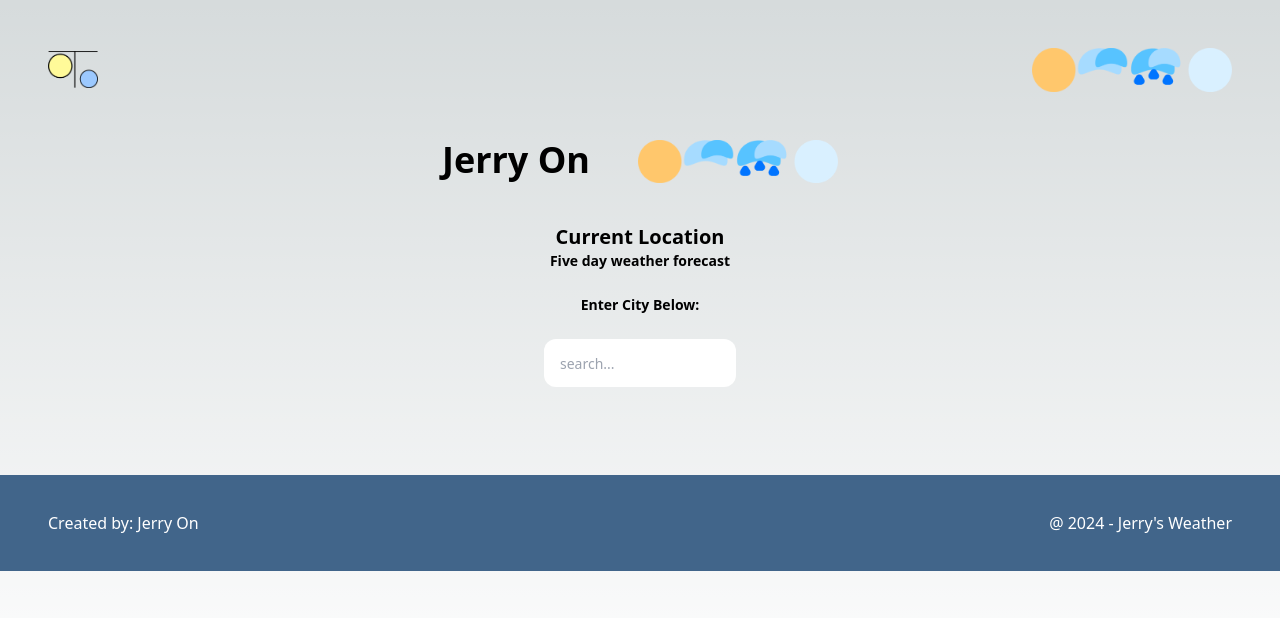
Repository: JerryWuOn/weatherAppMid
Page: /
These files come from the project's save history. The page is drawn as it stood at one moment and after the next save; the edit follows.
The browser window is 1280 px wide. The pictures show the whole page.
The project was rebuilt for these pictures with package versions that can differ from the ones it lists, and the page was loaded fresh each time. The framework's server and built-in components were replaced by stand-ins that run in the browser. Also part of the build but not shown: next.config.mjs.

Above is the page before, as saved 2024-02-12 20:04:46.

### src/pages/index.tsx

import Image from "next/image";
import Header from "@/components/Header";
import Footer from "@/components/Footer";
import { useState} from "react";
import Clouds from '../../public/images/clouds.png'

export default function Home() {
  const [data,setData] = useState<IWeather | null>(null);
  const [forcast,setForcast] = useState<IForecast| null>(null);

  const [city, setCity] = useState('');

    const handleLocation = (jerry) => {
        setCity(jerry.target.value);
    }

    const formatDate = (timestamp) => {
      return new Date(timestamp * 1000).toLocaleDateString('en-Ca', {
        year: 'numeric',
        month: 'long',
        day: 'numeric',
      });
    };

    const handleSubmit = (jerry) => {
        jerry.preventDefault();
        const apiKey = "fa86376a0b2615057a19374755185488"
        const API_URL = `https://api.openweathermap.org/data/2.5/weather?q=${city}&units=metric&appid=${apiKey}`
        const API_fiveDay = `https://api.openweathermap.org/data/2.5/forecast?q=${city}&units=metric&appid=${apiKey}`


      fetch(API_URL)
      .then(response => response.json())
      .then(response => {
        console.log(response);
        setData(response);
      })
      .catch(err => {
        console.log(err);
      })

      fetch(API_fiveDay)
      .then(response => response.json())
      .then(response => {
        console.log(response);
        setForcast(response);
      })
      .catch(err => {
        console.log(err);
      })
    }



  return (
    <main className="flex flex-col min-h-screen w-full">
      <div className="flex flex-col w-5xl justify-between w-full items-center  text-sm ">
        <div className="flex flex-row w-full items-center justify-between gap-x-4 p-12">
          <Header></Header>
        </div>
        <div className="flex flex-col justify-center text-center w-full items-center">
          <div className="flex flex-row mb-10">
            <div className="font-bold text-4xl">Jerry On</div>
            <div className="pl-12">
              <Image src={Clouds} alt="clouds" width={200}/>
            </div>
          </div>
          <div className="font-bold text-xl">Current Location</div>
          <div className="font-bold mb-6 text-md">Five day weather forecast</div>
          <div className="font-bold mb-6 text-md">Enter City Below:</div>
          <form onSubmit={handleSubmit}>
            <input className="rounded-xl h-12 w-48 p-4 mb-6" type="text" placeholder="search..." value={city} onChange={handleLocation}/>
          </form>

          {data && data.main && data.weather && data.wind && data.dt &&(
            <div className="flex flex-col w-full px-12 ">
              {data.weather.map((d, index)=> (
                <div key={index}>
                  <div className="flex w-full flex-start items-start">
                    <div className="flex flex-col">
                      <h1 className="text-6xl">{city}</h1>
                    </div>
                  </div>
                  <h1 className="flex flex-start text-2xl">Current Weather: {d.main}</h1>
                  <h1 className="flex flex-start text-2xl">Temperature: {data.main.temp.toFixed(1)}</h1>
                  <h1 className="flex flex-start text-2xl">Wind: {data.wind.speed.toFixed(1)}</h1>
                  <h1 className="flex flex-start text-2xl">Date: {formatDate(data.dt)}</h1>
                </div>
              ))}
            </div>
          )}

          {forcast && forcast.list && (
            <div className="flex flex-row w-full px-12 mt-12 gap-x-6">
              <h1 className="flex flex-start text-2xl pr-24">5 Day Forecast</h1>
              {forcast.list.slice(0,5).map((d, index)=> (
                <div key={index}>
                  <h1 className="flex text-md">Temperature in Celsius: {d.main.temp.toFixed(1)}</h1>
                  {d.weather.map((d, index)=> (
                <div key={index}>
                  <h1 className="flex text-md">Weather: {d.main}</h1>

                </div>

              ))}
              {d.weather.map((d, index)=> (
                <div key={index}>
                  <h1 className="flex text-md">Description: {d.description}</h1>
                </div>
              ))}
                <h1 className="flex text-md">Wind Speed: {d.wind.speed}</h1>
                <h1 className="flex text-md mt-12">Date: {formatDate(d.dt)}</h1>
                </div>
              ))}

            </div>
          )}

        </div>
        </div>

        <div className="flex bg-footer w-full bg-fixed text-white mt-16 px-12">
          <div className="flex h-24 w-full items-center justify-between">
            <Footer/>
          </div>
        </div>

    </main>
  );
}

### src/components/Header/index.tsx
import { useState } from "react"
import Image from "next/image"
import Clouds from "../../../public/images/clouds.png"


import Logo from "../../../public/images/jerryWeather.png"


export default function Header(){
    return (
        <div className="flex w-full">
            <div className="flex flex-row w-full items-center justify-between gap-x-4 ">
                <div className="flex justify-between">
                    <Image src={Logo} alt="logo" width={50} height={50}/>
                </div>
                <div className="flex justify-between">
                    <Image src={Clouds} alt="clouds" width={200}/>
                </div>
            </div>
        </div>
    )
}

### src/components/Footer/index.tsx
export default function Footer(){
    return (
        <div className="flex w-full items-center ">
            <div className="flex w-full items-center justify-between">
                <div className="flex px-18">
                    Created by: Jerry On
                </div>
                <div className="flex px-18">
                    @ 2024 - Jerry's Weather
                </div>
            </div>
        </div>
    )
}

### tailwind.config.ts
import type { Config } from "tailwindcss";

const config: Config = {
  content: [
    "./src/pages/**/*.{js,ts,jsx,tsx,mdx}",
    "./src/components/**/*.{js,ts,jsx,tsx,mdx}",
    "./src/app/**/*.{js,ts,jsx,tsx,mdx}",
  ],
  theme: {
    colors: {
      'footer' : '#41658A',
      'white' : '#FFFFFF'
    },
    extend: {
      backgroundImage: {
        "gradient-radial": "radial-gradient(var(--tw-gradient-stops))",
        "gradient-conic":
          "conic-gradient(from 180deg at 50% 50%, var(--tw-gradient-stops))",
      },
    },
  },
  plugins: [],
};
export default config;

Loaded but not shown: src/pages/_app.tsx (common file); src/pages/_document.tsx (common file); src/styles/globals.css (common file)

After the next save:
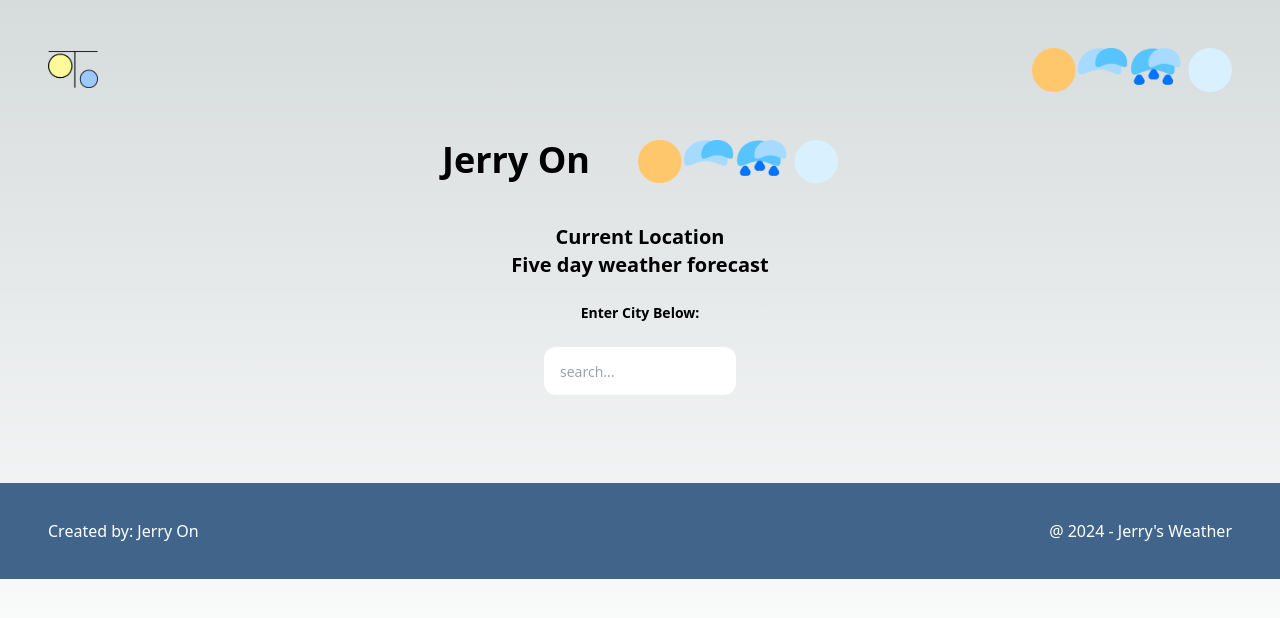
Saved 5 s later.
--- a/src/pages/index.tsx
+++ b/src/pages/index.tsx
@@ -67,7 +67,7 @@ export default function Home() {
             </div>
           </div>
           <div className="font-bold text-xl">Current Location</div>
-          <div className="font-bold mb-6 text-md">Five day weather forecast</div>
+          <div className="font-bold mb-6 text-xl">Five day weather forecast</div>
           <div className="font-bold mb-6 text-md">Enter City Below:</div>
           <form onSubmit={handleSubmit}>
             <input className="rounded-xl h-12 w-48 p-4 mb-6" type="text" placeholder="search..." value={city} onChange={handleLocation}/>
